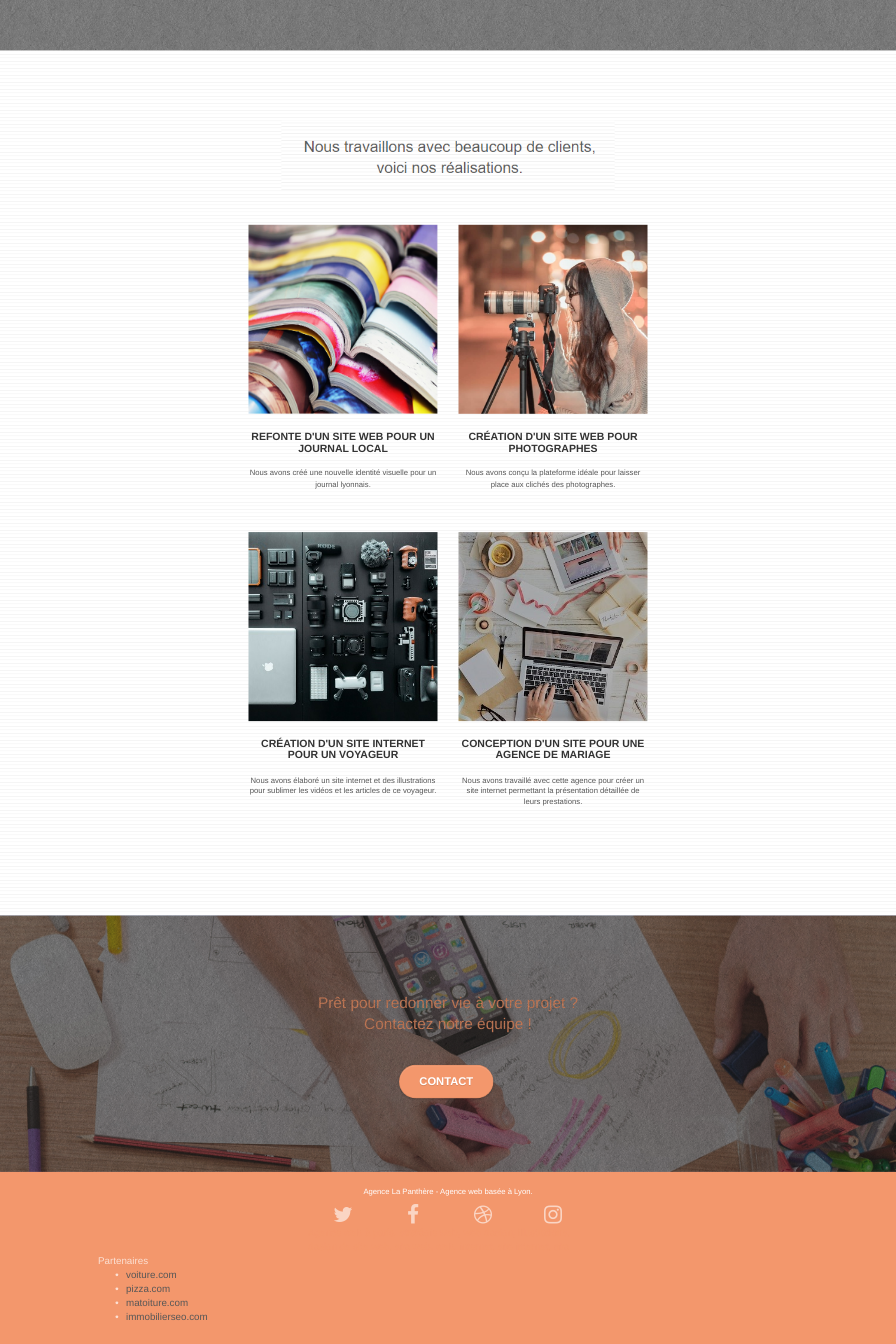
Repository: yacinebouk/la-panthere
Page: index.html
These files come from the project's save history. The page is drawn as it stood at one moment and after the next save; the edit follows.
The browser window is 1280 px wide. The pictures show the part of the page from y = 1633 to 3553 px (the page is 3553 px tall before and 3443 px after), at 70% of full size.
Pictures or frames that could not be fetched are drawn as grey boxes.

Above is the page before, as saved 2022-07-21 12:23:42.

### index.html
<!doctype html>
<html lang="Default">

<head>
    <meta charset="utf-8">
    <meta name="keywords" content="seo, google, site web, site internet, agence design paris, agence design, agence design,agence design,agence design,agence design,agence design,agence design,agence design,agence design">
    <meta name="description" content="">
    <meta name="viewport" content="width=device-width, initial-scale=1.0, viewport-fit=cover">
    <link rel="shortcut icon" type="image/png" href="favicon.jpg">

    <link rel="stylesheet" type="text/css" href="./css/bootstrap.css">
    <link rel="stylesheet" type="text/css" href="style.css">
    <link rel="stylesheet" type="text/css" href="./css/font-awesome.css">
    <link rel="stylesheet" type="text/css" href="./css/et-line.css">


    <script src="./js/jquery-2.1.0.js"></script>
    <script src="./js/bootstrap.js"></script>
    <script src="./js/blocs.js"></script>
    <script src="./js/jquery.touchSwipe.js" defer></script>
    <script src="./js/gmaps.js"></script>

    <title>.</title>


    <!-- Analytics -->

    <!-- Analytics END -->

</head>

<body>
    <!-- Principal conteneur -->
    <div class="page-container">

        <!-- bloc-0 -->
        <div class="bloc bgc-white l-bloc " id="bloc-0">
            <div class="container bloc-sm">

                <nav class="navbar row">
                    <div class="navbar-header">
                        <div class="keywords" style="color:#cccccc;font-size:1px;">Agence web à paris, stratégie web, web design, illustrations, design de site web, site web, web, internet, site internet, site</div>
                        <a class="navbar-brand" href="index.html"><img src="img/agence-la-panthere-monochrome.svg" alt="paris web design logo agence web meilleure agence" height="40" /></a>
                        <div class="keywords" style="color:#cccccc;font-size:1px;">Agence web à paris, stratégie web, web design, illustrations, design de site web, site web, web, internet, site internet, site</div>
                        <button id="nav-toggle" type="button" class="ui-navbar-toggle navbar-toggle" data-toggle="collapse" data-target=".navbar-1">
					<span class="sr-only">Toggle navigation</span><span class="icon-bar"></span><span class="icon-bar"></span><span class="icon-bar"></span>
				</button>
                    </div>
                    <div class="collapse navbar-collapse navbar-1 special-dropdown-nav">
                        <ul class="site-navigation nav navbar-nav">
                            <li>
                            </li>
                            <li>
                                <a href="page2.html">contact</a>
                            </li>
                        </ul>
                    </div>
                </nav>
            </div>
        </div>
        <!-- bloc-0 END -->

        <!-- bloc-1-presentation -->
        <div class="bloc bgc-dark-slate-blue bg-banniere d-bloc bg-t-edge bloc-bg-texture texture-paper b-parallax" id="bloc-1-hero">
            <div class="container bloc-lg">
                <div class="row tight-width-whitespace">
                    <div class="col-sm-12">
                        <img src="img/logo.png" class="center-block image-resize-mode" width="100" alt="Agence La Panthère, agence web paris, création logo paris" />
                        <h1 class="text-center hero-bloc-text tc-white ">
                            Agence La Panthère
                        </h1>
                        <div class="text-center">
                            <a href="page2.html" class="btn btn-lg btn-clean btn-rd cta-hero btn-atomic-tangerine" id="cta-hero">Contact</a>
                        </div>
                    </div>
                </div>
            </div>
        </div>
        <!-- bloc-1-presentation END -->

        <!-- bloc-2-services -->
        <div class="bloc bgc-white l-bloc" id="bloc-2-services">
            <div class="container bloc-md">
                <div class="row">
                    <div class="col-sm-12 text-center">
                        <img alt="agence web, agence web paris, web design paris, stratégie web" src="img/title.png" />
                    </div>
                </div>
                <div class="row voffset-lg med-width-whitespace">
                    <div class="col-sm-4">
                        <div class="text-center">
                            <span class="et-icon-browser sm-shadow icon-dark-slate-blue icons icon-lg"></span>
                        </div>
                        <h3 class="mg-md text-center">
                            Web design
                        </h3>
                        <p class="text-center ">
                            Que vous ayez un site web qui a besoin d&rsquo;un rafraîchissement ou que vous partiez de zéro, laissez-nous vous réaliser un design dont vous serez fier.
                        </p>
                    </div>
                    <div class="col-sm-4">
                        <div class="text-center">
                            <span class="et-icon-presentation sm-shadow icon-dark-slate-blue icons icon-lg"></span>
                        </div>
                        <h3 class="mg-md text-center">
                            &nbsp;Stratégie
                        </h3>
                        <p class="text-center ">
                            Plutôt que de suggérer des designs à la mode, nous travaillerons avec vous pour comprendre vos objectifs commerciaux afin de vous proposer le meilleur design possible.<br>
                        </p>
                    </div>
                    <div class="col-sm-4">
                        <div class="text-center">
                            <span class="et-icon-edit sm-shadow icon-dark-slate-blue icons icon-lg"></span>
                        </div>
                        <h3 class="mg-md text-center">
                            Illustrations
                        </h3>
                        <p class="text-center ">
                            Un bon design n'est rien sans de bonnes illustrations. Laissez faire notre équipe de graphistes talentueux pour donner à vos pages une touche finale d'élégance.
                        </p>
                    </div>
                </div>
                <div class="row voffset-lg voffset">
                    <div class="col-xs-12 col-md-8 col-md-offset-2 text-center">
                        <img alt="agence web, agence web paris, web design paris, stratégie web" src="img/citation.png" />

                    </div>
                </div>
            </div>
        </div>
        <!-- bloc-2-services END -->

        <!-- bloc-3-what-i-do -->
        <div class="bloc tc-white bgc-atomic-tangerine bg-presentation d-bloc bloc-bg-texture texture-paper b-parallax" id="bloc-3-what-i-do">
            <div class="container bloc-lg">
                <div class="row tight-width-whitespace black-background">
                    <div class="col-sm-12">
                        <h2 class="mg-md text-center tc-white">
                            Nous souhaitons aider les entreprises de la région Lyonnaise à se développer et à connaître le succès. Nous travaillons pour aider les entreprises locales à attirer de nouveaux clients .<br>
                        </h2>
                        <p class="text-center white">
                            Nous aimons collaborer avec des entrepreneurs créatifs et des entreprises locale, qu’elles aient besoin de créer un site de A à Z ou de donner un coup de jeune à leur site. Que vous ayez besoin d’une identité visuelle complète ou d’une refonte de votre
                            site, n’hésitez pas à nous contacter. Nous travaillerons ensemble pour créer des sites beau et bien structurés, qui seront facilement trouvable sur les moteurs de recherche. <br><br><a class="ltc-white bold-link"
                                href="page2.html">Contactez notre équipe</a><br>
                        </p>
                    </div>
                </div>
            </div>
        </div>
        <!-- bloc-3-what-i-do END -->

        <!-- bloc-4-portfolio -->
        <div class="bloc bgc-white bg-lines-h2-bg bg-repeat l-bloc" id="bloc-4-portfolio">
            <div class="container bloc-lg">
                <div class="row">
                    <div class="col-sm-12 text-center">
                        <img alt="agence web, agence web paris, web design paris, stratégie web" src="img/title2.png" />
                    </div>
                </div>
                <div class="row tight-width-whitespace portfolio-row">
                    <div class="col-sm-6">
                        <a href="#" data-lightbox="img/1.jpg" data-gallery-id="gallery-1" data-caption="Refonte d'un site web pour un journal local" data-frame="snapshot-lb"><img src="img/1.jpg" alt="paris web design logo agence web meilleure agence et refonte site web journal" class="img-responsive portfolio-thumb" /></a>
                        <h3 class="mg-md text-center">
                            Refonte d'un site web pour un journal local
                        </h3>
                        <p class="text-center">
                            Nous avons créé une nouvelle identité visuelle pour un journal lyonnais.
                        </p>
                    </div>
                    <div class="col-sm-6">
                        <a href="#" data-lightbox="img/2.jpg" data-gallery-id="gallery-1" data-caption="Création d'un site web pour photographes" data-frame="snapshot-lb"><img src="img/2.jpg" class="img-responsive portfolio-thumb" alt="paris web design logo agence web meilleure agence, Création d'un site web pour photographes" /></a>
                        <h3 class="mg-md text-center">
                            Création d'un site web pour photographes
                        </h3>
                        <p class="text-center">
                            Nous avons conçu la plateforme idéale pour laisser place aux clichés des photographes.
                        </p>
                    </div>
                </div>
                <div class="row tight-width-whitespace portfolio-row">
                    <div class="col-sm-6">
                        <a href="#" data-lightbox="img/3.bmp" data-gallery-id="gallery-1" data-caption="Création d'un site internet pour un voyageur" data-frame="snapshot-lb"><img src="img/3.bmp" class="img-responsive portfolio-thumb" alt="paris web design logo agence web meilleure agence, Création d'un site web pour voyageur" /></a>
                        <h3 class="mg-md text-center">
                            Création d'un site internet pour un voyageur
                        </h3>
                        <p class="text-center">
                            Nous avons élaboré un site internet et des illustrations pour sublimer les vidéos et les articles de ce voyageur.
                        </p>
                    </div>
                    <div class="col-sm-6">
                        <a href="#" data-lightbox="img/4.bmp" data-gallery-id="gallery-1" data-caption="Conception d'un site pour une agence de mariage" data-frame="snapshot-lb"><img src="img/4.bmp" class="img-responsive portfolio-thumb" alt="paris web design logo agence web meilleure agence, Création d'un site web pour agence de mariage" /></a>
                        <h3 class="mg-md text-center">
                            Conception d'un site pour une agence de mariage
                        </h3>
                        <p class="text-center">
                            Nous avons travaillé avec cette agence pour créer un site internet permettant la présentation détaillée de leurs prestations.
                        </p>
                    </div>
                </div>
            </div>
        </div>
        <!-- bloc-4-portfolio END -->

        <!-- bloc-5-cta -->
        <div class="bloc bgc-dark-slate-blue bg-banniere d-bloc bloc-bg-texture texture-paper" id="bloc-5-cta">
            <div class="container bloc-lg">
                <div class="row">
                    <h2 class="mg-md text-center tc-white">
                        Prêt pour redonner vie à votre projet ?<br>Contactez notre équipe !
                    </h2>
                    <div class="col-sm-12 text-center">
                        <a href="page2.html" class="btn btn-atomic-tangerine btn-clean btn-rd btn-lg cta-hero">Contact</a>
                    </div>
                </div>
            </div>
        </div>
        <!-- bloc-5-cta END -->

        <!-- Footer - bloc-8 -->
        <div class="bloc bgc-atomic-tangerine d-bloc" id="bloc-8">
            <div class="container bloc-sm">
                <div class="row">
                    <div class="col-sm-12">
                        <p class="text-center white">
                            Agence La Panthère - Agence web basée à Lyon.<br>
                        </p>
                        <div class="row row-no-gutters social">
                            <div class="col-sm-3">
                                <div class="text-center">
                                    <a class="social" href="index.html"><span class="fa fa-twitter icon-md"></span></a>
                                </div>
                            </div>
                            <div class="col-sm-3">
                                <div class="text-center">
                                    <a class="social" href="index.html"><span class="fa fa-facebook icon-md"></span></a>
                                </div>
                            </div>
                            <div class="col-sm-3">
                                <div class="text-center">
                                    <a class="social" href="index.html"><span class="fa fa-dribbble icon-md"></span></a>
                                </div>
                            </div>
                            <div class="col-sm-3">
                                <div class="text-center">
                                    <a class="social" href="index.html"><span class="fa fa-instagram icon-md"></span></a>
                                </div>
                            </div>
                            <div class="keywords" style="color:#F3976C;">Agence web à paris, stratégie web, web design, illustrations, design de site web, site web, web, internet, site internet, site</div>
                        </div>
                        <div class="row">
                            <div class="col-sm-4">
                                Partenaires
                                <ul>
                                    <li><a href="voiture.com">voiture.com</a></li>
                                    <li><a href="pizza.com">pizza.com</a></li>
                                    <li><a href="matoiture.com">matoiture.com</a></li>
                                    <li><a href="immobilierseo.com">immobilierseo.com</a></li>
                                </ul>
                            </div>
                        </div>
                    </div>
                </div>
            </div>
        </div>
        <!-- Footer - bloc-8 END -->

    </div>
    <!-- Principal conteneur END -->


</body>

</html>

### css/et-line.css
@font-face {
    font-family: et-line;
    src: url(../fonts/et-line.eot);
    src: url(../fonts/et-line.eot?#iefix) format('embedded-opentype'), url(../fonts/et-line.woff) format('woff'), url(../fonts/et-line.ttf) format('truetype'), url(../fonts/et-line.svg#et-line) format('svg');
    font-weight: 400;
    font-style: normal
}

.et-icon-adjustments,
.et-icon-alarmclock,
.et-icon-anchor,
.et-icon-aperture,
.et-icon-attachment,
.et-icon-bargraph,
.et-icon-basket,
.et-icon-beaker,
.et-icon-bike,
.et-icon-book-open,
.et-icon-briefcase,
.et-icon-browser,
.et-icon-calendar,
.et-icon-camera,
.et-icon-caution,
.et-icon-chat,
.et-icon-circle-compass,
.et-icon-clipboard,
.et-icon-clock,
.et-icon-cloud,
.et-icon-compass,
.et-icon-desktop,
.et-icon-dial,
.et-icon-document,
.et-icon-documents,
.et-icon-download,
.et-icon-dribbble,
.et-icon-edit,
.et-icon-envelope,
.et-icon-expand,
.et-icon-facebook,
.et-icon-flag,
.et-icon-focus,
.et-icon-gears,
.et-icon-genius,
.et-icon-gift,
.et-icon-global,
.et-icon-globe,
.et-icon-googleplus,
.et-icon-grid,
.et-icon-happy,
.et-icon-hazardous,
.et-icon-heart,
.et-icon-hotairballoon,
.et-icon-hourglass,
.et-icon-key,
.et-icon-laptop,
.et-icon-layers,
.et-icon-lifesaver,
.et-icon-lightbulb,
.et-icon-linegraph,
.et-icon-linkedin,
.et-icon-lock,
.et-icon-magnifying-glass,
.et-icon-map,
.et-icon-map-pin,
.et-icon-megaphone,
.et-icon-mic,
.et-icon-mobile,
.et-icon-newspaper,
.et-icon-notebook,
.et-icon-paintbrush,
.et-icon-paperclip,
.et-icon-pencil,
.et-icon-phone,
.et-icon-picture,
.et-icon-pictures,
.et-icon-piechart,
.et-icon-presentation,
.et-icon-pricetags,
.et-icon-printer,
.et-icon-profile-female,
.et-icon-profile-male,
.et-icon-puzzle,
.et-icon-quote,
.et-icon-recycle,
.et-icon-refresh,
.et-icon-ribbon,
.et-icon-rss,
.et-icon-sad,
.et-icon-scissors,
.et-icon-scope,
.et-icon-search,
.et-icon-shield,
.et-icon-speedometer,
.et-icon-strategy,
.et-icon-streetsign,
.et-icon-tablet,
.et-icon-target,
.et-icon-telescope,
.et-icon-toolbox,
.et-icon-tools,
.et-icon-tools-2,
.et-icon-trophy,
.et-icon-tumblr,
.et-icon-twitter,
.et-icon-upload,
.et-icon-video,
.et-icon-wallet,
.et-icon-wine {
    font-family: et-line;
    speak: none;
    font-style: normal;
    font-weight: 400;
    font-variant: normal;
    text-transform: none;
    line-height: 1;
    -webkit-font-smoothing: antialiased;
    -moz-osx-font-smoothing: grayscale;
    display: inline-block
}

.et-icon-mobile:before {
    content: "\e000"
}

.et-icon-laptop:before {
    content: "\e001"
}

.et-icon-desktop:before {
    content: "\e002"
}

.et-icon-tablet:before {
    content: "\e003"
}

.et-icon-phone:before {
    content: "\e004"
}

.et-icon-document:before {
    content: "\e005"
}

.et-icon-documents:before {
    content: "\e006"
}

.et-icon-search:before {
    content: "\e007"
}

.et-icon-clipboard:before {
    content: "\e008"
}

.et-icon-newspaper:before {
    content: "\e009"
}

.et-icon-notebook:before {
    content: "\e00a"
}

.et-icon-book-open:before {
    content: "\e00b"
}

.et-icon-browser:before {
    content: "\e00c"
}

.et-icon-calendar:before {
    content: "\e00d"
}

.et-icon-presentation:before {
    content: "\e00e"
}

.et-icon-picture:before {
    content: "\e00f"
}

.et-icon-pictures:before {
    content: "\e010"
}

.et-icon-video:before {
    content: "\e011"
}

.et-icon-camera:before {
    content: "\e012"
}

.et-icon-printer:before {
    content: "\e013"
}

.et-icon-toolbox:before {
    content: "\e014"
}

.et-icon-briefcase:before {
    content: "\e015"
}

.et-icon-wallet:before {
    content: "\e016"
}

.et-icon-gift:before {
    content: "\e017"
}

.et-icon-bargraph:before {
    content: "\e018"
}

.et-icon-grid:before {
    content: "\e019"
}

.et-icon-expand:before {
    content: "\e01a"
}

.et-icon-focus:before {
    content: "\e01b"
}

.et-icon-edit:before {
    content: "\e01c"
}

.et-icon-adjustments:before {
    content: "\e01d"
}

.et-icon-ribbon:before {
    content: "\e01e"
}

.et-icon-hourglass:before {
    content: "\e01f"
}

.et-icon-lock:before {
    content: "\e020"
}

.et-icon-megaphone:before {
    content: "\e021"
}

.et-icon-shield:before {
    content: "\e022"
}

.et-icon-trophy:before {
    content: "\e023"
}

.et-icon-flag:before {
    content: "\e024"
}

.et-icon-map:before {
    content: "\e025"
}

.et-icon-puzzle:before {
    content: "\e026"
}

.et-icon-basket:before {
    content: "\e027"
}

.et-icon-envelope:before {
    content: "\e028"
}

.et-icon-streetsign:before {
    content: "\e029"
}

.et-icon-telescope:before {
    content: "\e02a"
}

.et-icon-gears:before {
    content: "\e02b"
}

.et-icon-key:before {
    content: "\e02c"
}

.et-icon-paperclip:before {
    content: "\e02d"
}

.et-icon-attachment:before {
    content: "\e02e"
}

.et-icon-pricetags:before {
    content: "\e02f"
}

.et-icon-lightbulb:before {
    content: "\e030"
}

.et-icon-layers:before {
    content: "\e031"
}

.et-icon-pencil:before {
    content: "\e032"
}

.et-icon-tools:before {
    content: "\e033"
}

.et-icon-tools-2:before {
    content: "\e034"
}

.et-icon-scissors:before {
    content: "\e035"
}

.et-icon-paintbrush:before {
    content: "\e036"
}

.et-icon-magnifying-glass:before {
    content: "\e037"
}

.et-icon-circle-compass:before {
    content: "\e038"
}

.et-icon-linegraph:before {
    content: "\e039"
}

.et-icon-mic:before {
    content: "\e03a"
}

.et-icon-strategy:before {
    content: "\e03b"
}

.et-icon-beaker:before {
    content: "\e03c"
}

.et-icon-caution:before {
    content: "\e03d"
}

.et-icon-recycle:before {
    content: "\e03e"
}

.et-icon-anchor:before {
    content: "\e03f"
}

.et-icon-profile-male:before {
    content: "\e040"
}

.et-icon-profile-female:before {
    content: "\e041"
}

.et-icon-bike:before {
    content: "\e042"
}

.et-icon-wine:before {
    content: "\e043"
}

.et-icon-hotairballoon:before {
    content: "\e044"
}

.et-icon-globe:before {
    content: "\e045"
}

.et-icon-genius:before {
    content: "\e046"
}

.et-icon-map-pin:before {
    content: "\e047"
}

.et-icon-dial:before {
    content: "\e048"
}

.et-icon-chat:before {
    content: "\e049"
}

.et-icon-heart:before {
    content: "\e04a"
}

.et-icon-cloud:before {
    content: "\e04b"
}

.et-icon-upload:before {
    content: "\e04c"
}

.et-icon-download:before {
    content: "\e04d"
}

.et-icon-target:before {
    content: "\e04e"
}

.et-icon-hazardous:before {
    content: "\e04f"
}

.et-icon-piechart:before {
    content: "\e050"
}

.et-icon-speedometer:before {
    content: "\e051"
}

.et-icon-global:before {
    content: "\e052"
}

.et-icon-compass:before {
    content: "\e053"
}

.et-icon-lifesaver:before {
    content: "\e054"
}

.et-icon-clock:before {
    content: "\e055"
}

.et-icon-aperture:before {
    content: "\e056"
}

.et-icon-quote:before {
    content: "\e057"
}

.et-icon-scope:before {
    content: "\e058"
}

.et-icon-alarmclock:before {
    content: "\e059"
}

.et-icon-refresh:before {
    content: "\e05a"
}

.et-icon-happy:before {
    content: "\e05b"
}

.et-icon-sad:before {
    content: "\e05c"
}

.et-icon-facebook:before {
    content: "\e05d"
}

.et-icon-twitter:before {
    content: "\e05e"
}

.et-icon-googleplus:before {
    content: "\e05f"
}

.et-icon-rss:before {
    content: "\e060"
}

.et-icon-tumblr:before {
    content: "\e061"
}

.et-icon-linkedin:before {
    content: "\e062"
}

.et-icon-dribbble:before {
    content: "\e063"
}

Loaded but not shown: css/bootstrap.css (library); css/font-awesome.css (library); js/jquery-2.1.0.js (library); js/bootstrap.js (library); js/jquery.touchSwipe.js (library); js/gmaps.js (2417 lines, source omitted); js/blocs.js (203 lines, source omitted); style.css (1050 lines, source omitted)

After the next save:
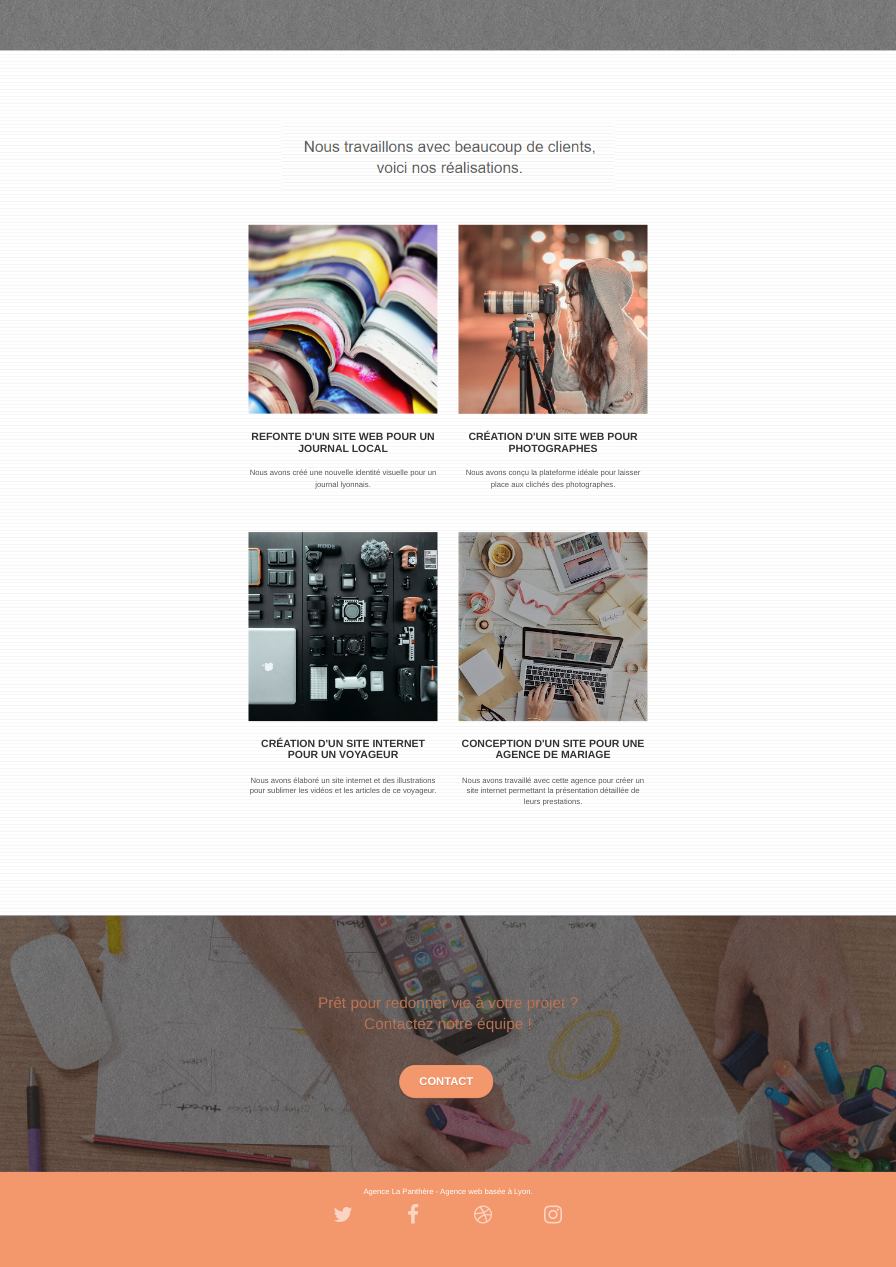
Saved 47 s later.
--- a/index.html
+++ b/index.html
@@ -249,15 +249,6 @@
                             <div class="keywords" style="color:#F3976C;">Agence web à paris, stratégie web, web design, illustrations, design de site web, site web, web, internet, site internet, site</div>
                         </div>
                         <div class="row">
-                            <div class="col-sm-4">
-                                Partenaires
-                                <ul>
-                                    <li><a href="voiture.com">voiture.com</a></li>
-                                    <li><a href="pizza.com">pizza.com</a></li>
-                                    <li><a href="matoiture.com">matoiture.com</a></li>
-                                    <li><a href="immobilierseo.com">immobilierseo.com</a></li>
-                                </ul>
-                            </div>
                         </div>
                     </div>
                 </div>
